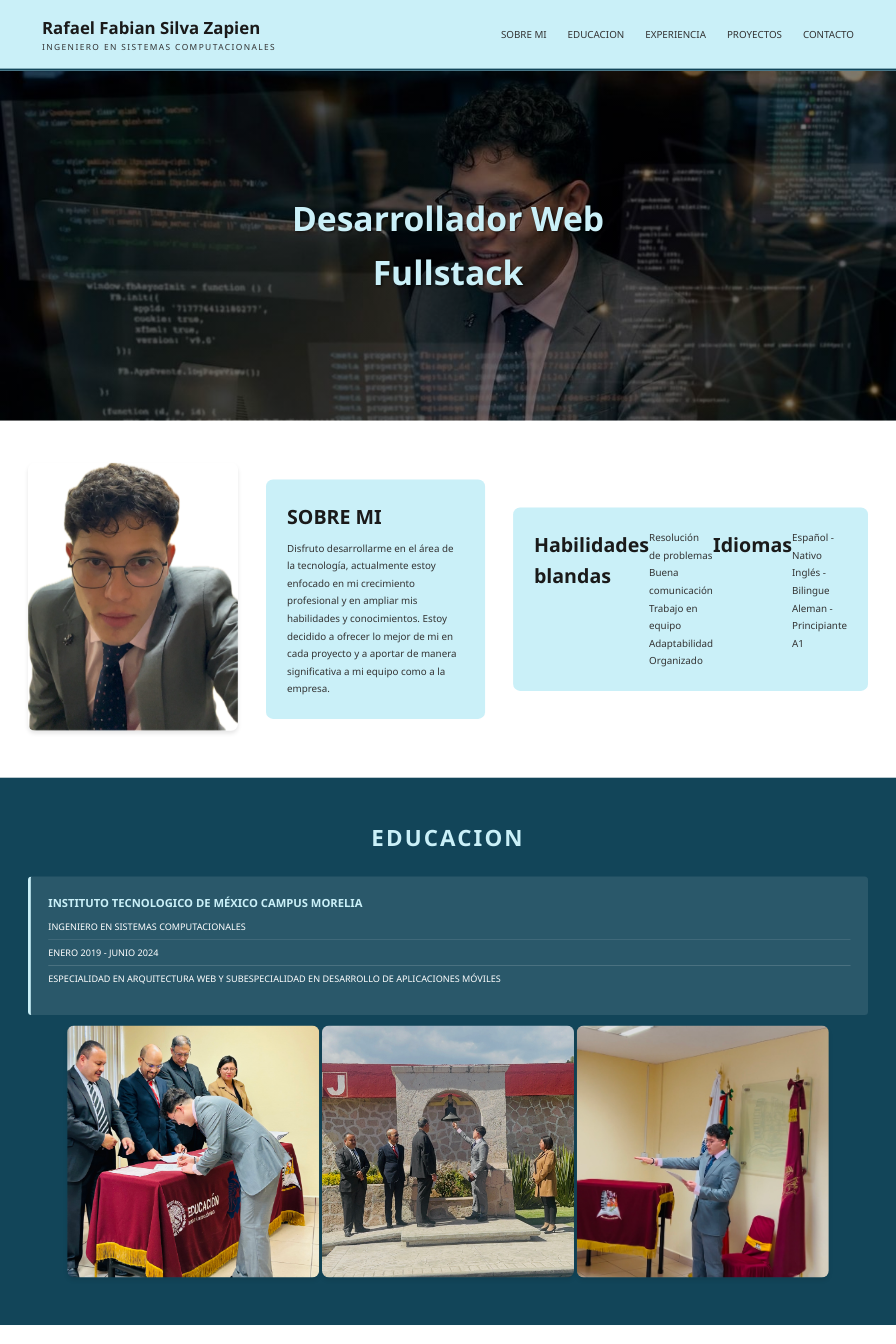
Repository: rafaelsilva2k/mi-portafolio
Page: index.html
The author's editor kept a copy of each file at every save. The page is drawn from the files as they stood at one save, then again after the next save.
The browser window is 1280 px wide. The pictures show the part of the page from y = 0 to 1920 px (the page is 3313 px tall), at 70% of full size.

Above is the page before, as saved 2026-04-17 13:25:24.

After the next save:
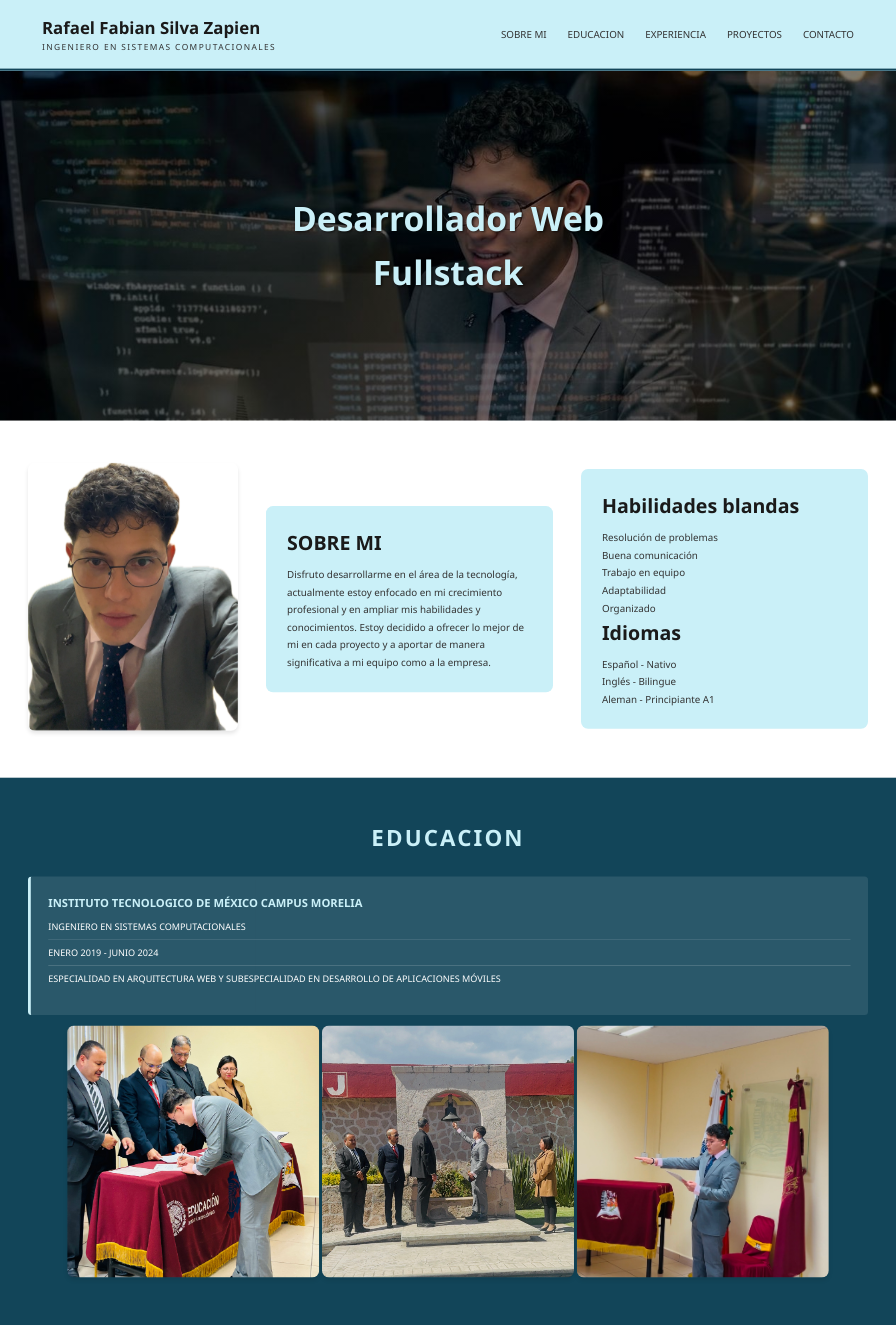
Saved 26 s later.
--- a/styles.css
+++ b/styles.css
@@ -160,7 +160,7 @@
 }
 
 .sobre-mi-habilidades {
-    display: flex;
+    display: ;
 }
 
 /* ============================================

After the save that followed:
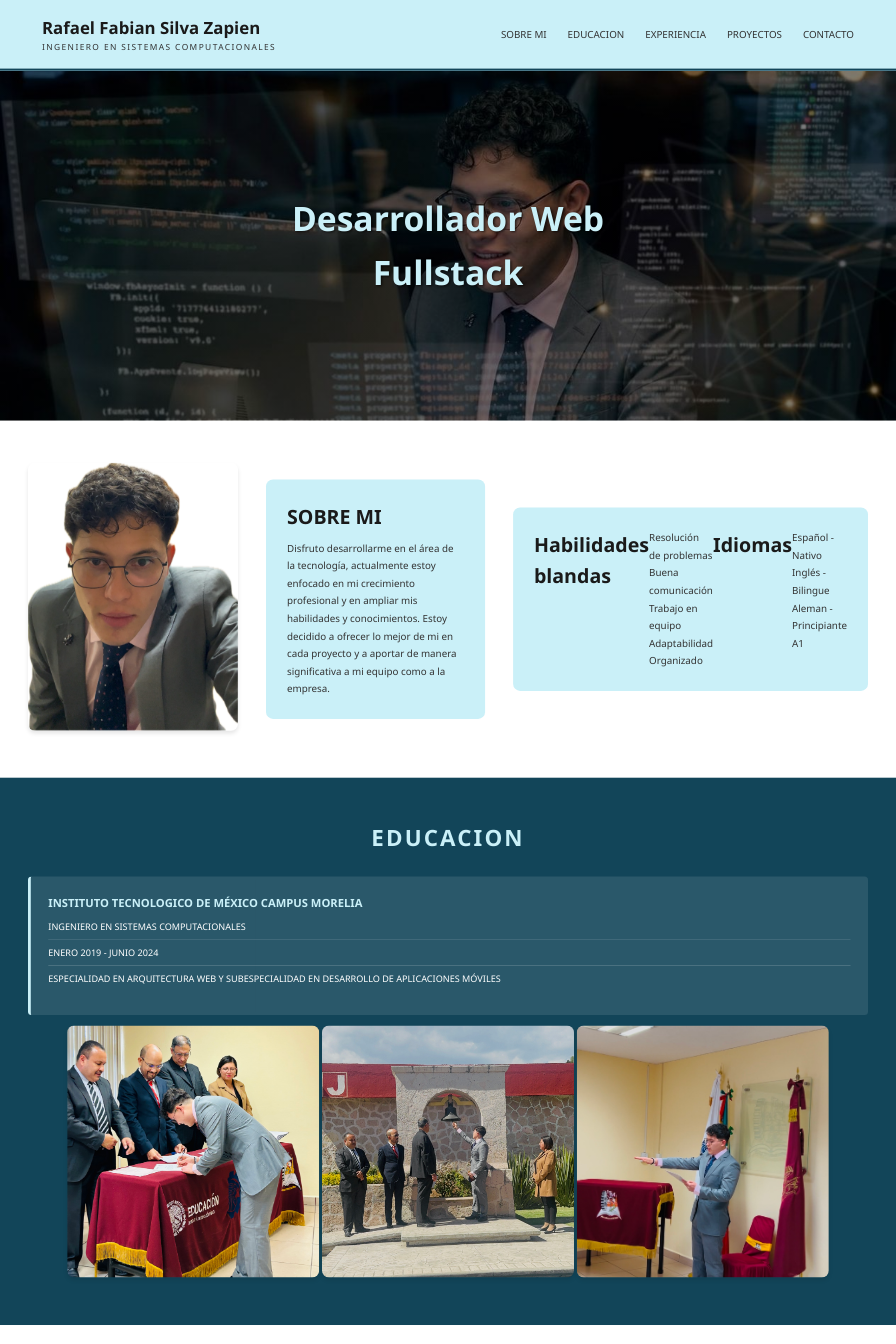
Saved 3 min 6 s later.
--- a/styles.css
+++ b/styles.css
@@ -160,7 +160,7 @@
 }
 
 .sobre-mi-habilidades {
-    display: ;
+    display: flex;
 }
 
 /* ============================================
